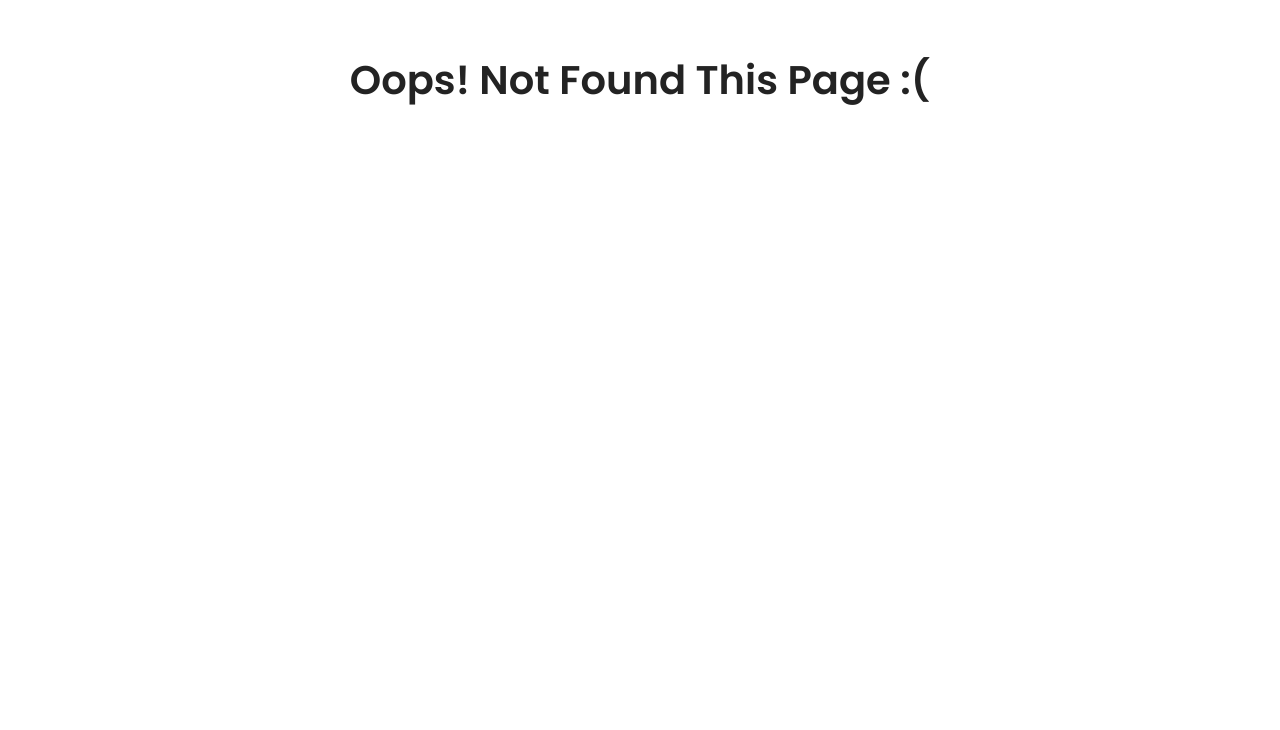
Repository: thanhdinh01/monkey-website
Page: /manage/add-user
The author's editor kept a copy of each file at every save. The page is drawn from the files as they stood at one save, then again after the next save.
The browser window is 1280 px wide. The pictures show the whole page.
The project was rebuilt for these pictures with package versions that can differ from the ones it lists, and the page was loaded fresh each time. Some packages were replaced by stand-ins written for this rebuild. Also part of the build but not shown: src/App.css, src/module/dashboard/DashboardHeading.js, src/pages/DashboardPage.js, src/components/layout/Heading.js, src/module/post/component/PostCategory.js, src/module/post/component/PostMeta.js, src/module/post/component/PostTitle.js, src/module/post/PostRelatedItem.js and 39 more. Imported but missing from the stored project, and not drawn on this page: src/components/icon, src/components/layout/Layout.

Above is the page before, as saved 2023-04-15 02:34:09.

After the next save:
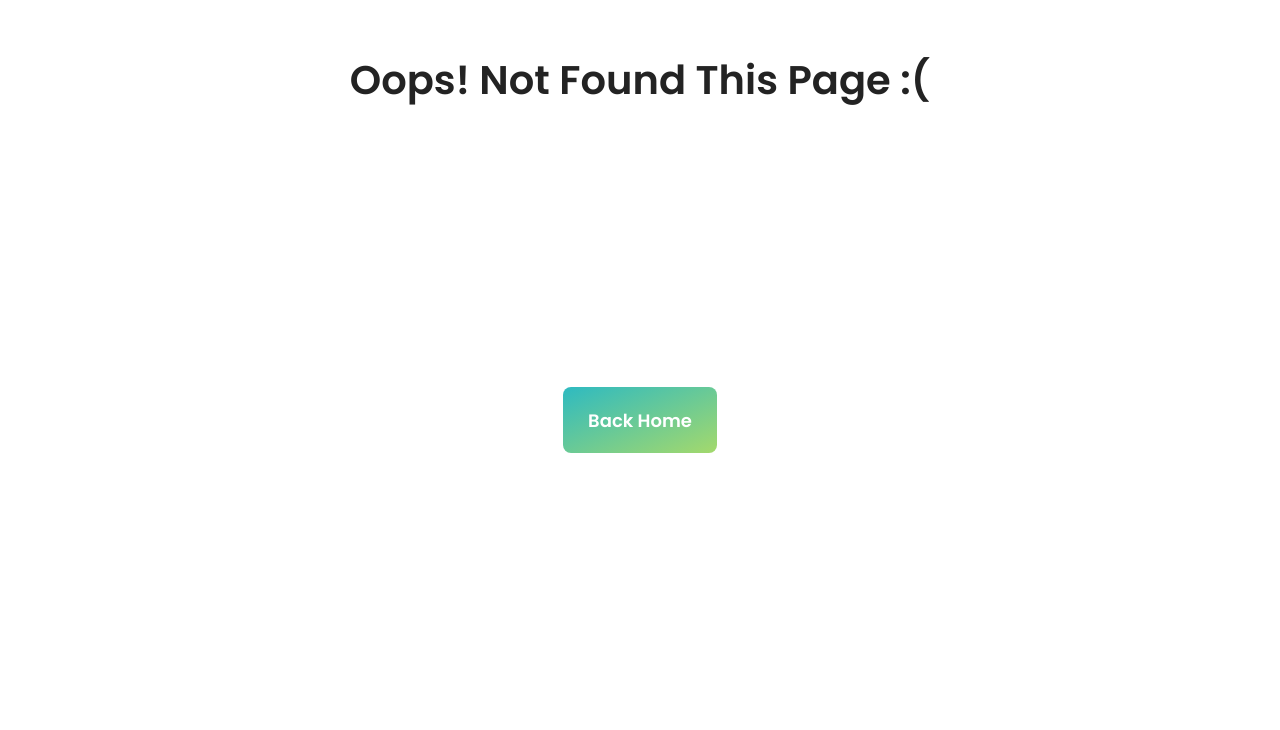
Saved 51 s later.
--- a/src/pages/NotFoundPage.js
+++ b/src/pages/NotFoundPage.js
@@ -14,7 +14,7 @@ const NotFoundPage = () => {
   return (
     <NotFoundStyled>
       <p>Oops! Not Found This Page :( </p>
-      <Button type="button" to="/">
+      <Button type="button" to="/" kind="primary">
         Back Home
       </Button>
     </NotFoundStyled>
